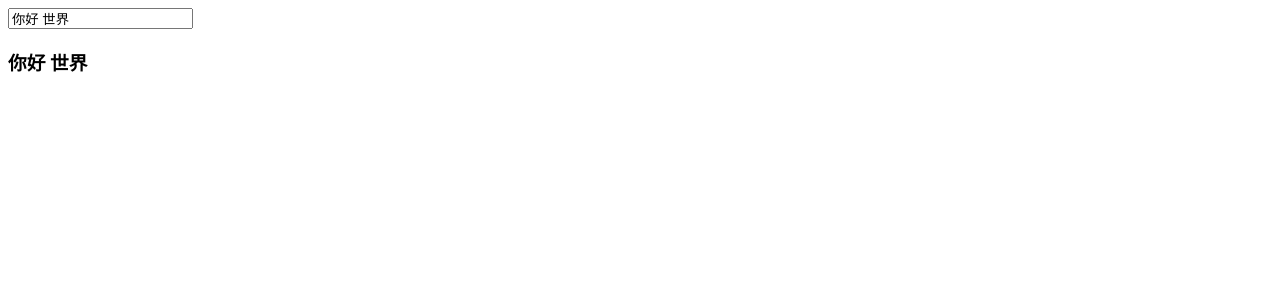
Repository: 1404413577/jsdemo
Page: /res (app in vue-demo/myweb3/)
The author's editor kept a copy of each file at every save. The page is drawn from the files as they stood at one save, then again after the next save.
The browser window is 1280 px wide. The pictures show the whole page.
The project was rebuilt for these pictures with package versions that can differ from the ones it lists, and the page was loaded fresh each time. Also part of the build but not shown: vue-demo/myweb3/vue.config.js.

Above is the page before, as saved 2022-11-25 18:25:11.

After the next save:
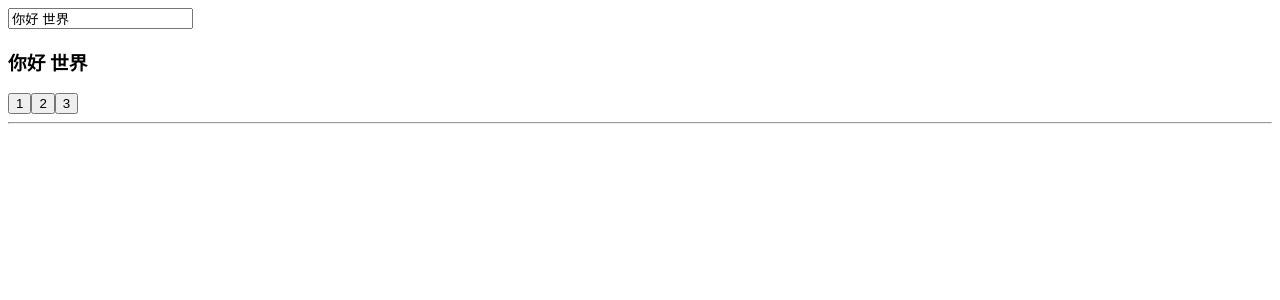
Saved 2 min 36 s later.
--- a/vue-demo/myweb3/src/components/vue2/demo.vue
+++ b/vue-demo/myweb3/src/components/vue2/demo.vue
@@ -1,20 +1,24 @@
 <template>
-    <div>
-       <input type="text" v-model="msg">
-       <h3>{{msg}}</h3>
-    </div>
+  <div>
+    <input type="text" v-model="msg" />
+    <h3>{{ msg }}</h3>
+    <button v-on:click="btnFn(1)">1</button>
+    <button v-on:click="btnFn(2)">2</button>
+    <button v-on:click="btnFn(3)">3</button>
+    <hr />
+    <h2 v-show="status == 1">1</h2>
+    <h2 v-show="status == 2">2</h2>
+    <h2 v-show="status == 3">3</h2>
+  </div>
 </template>
 
 <script>
-
 export default {
-    data(){
-        return{
-            msg:"你好 世界"
-        }
-    }
-
-
+  data() {
+    return {
+      msg: "你好 世界",
+    };
+  },
 };
 </script>
 
